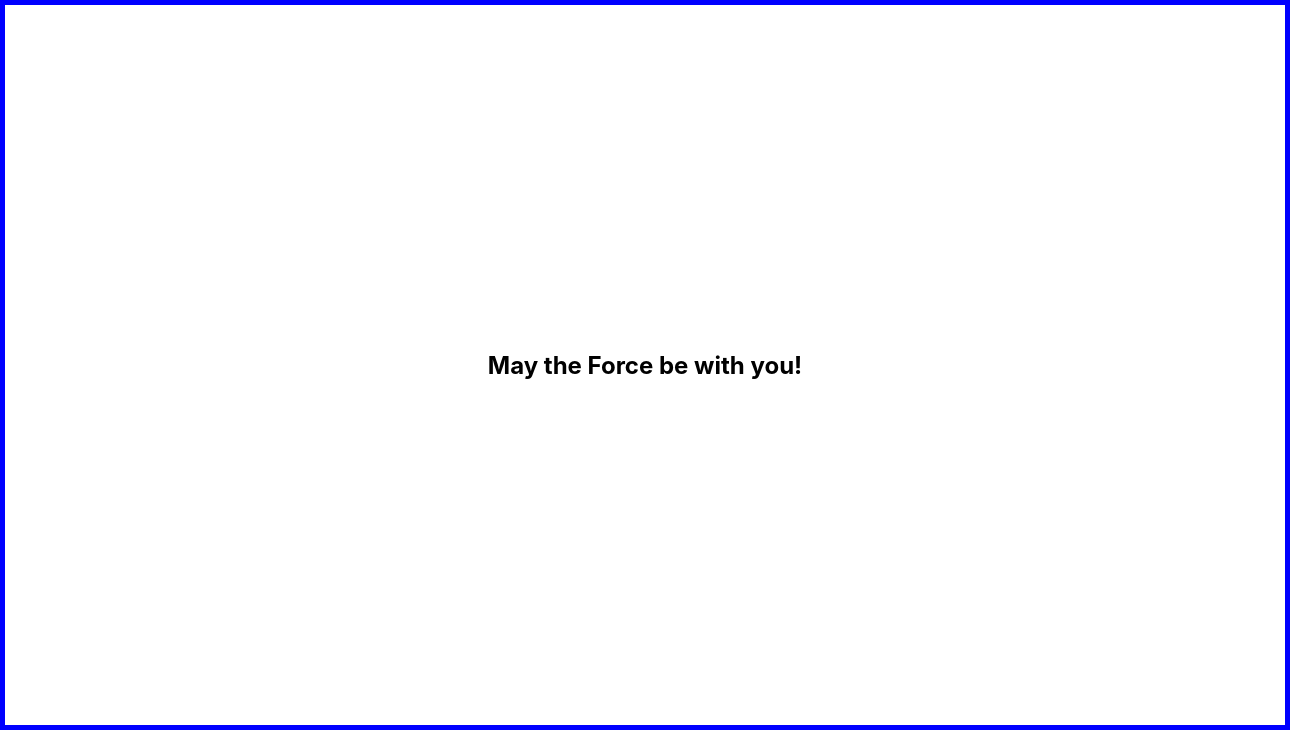
Repository: apeli23/posteranimation
Page: /
These files come from the project's save history. The page is drawn as it stood at one moment and after the next save; the edit follows.
The browser window is 1280 px wide. The page is 1290 px wide, so the pictures cover 1290 px, including what lies to the right of the window. The pictures show the whole page.
The project was rebuilt for these pictures with package versions that can differ from the ones it lists, and the page was loaded fresh each time. The framework's server and built-in components were replaced by stand-ins that run in the browser. Also part of the build but not shown: next.config.js.

Above is the page before, as saved 2022-04-26 14:35:15.

After the next save:
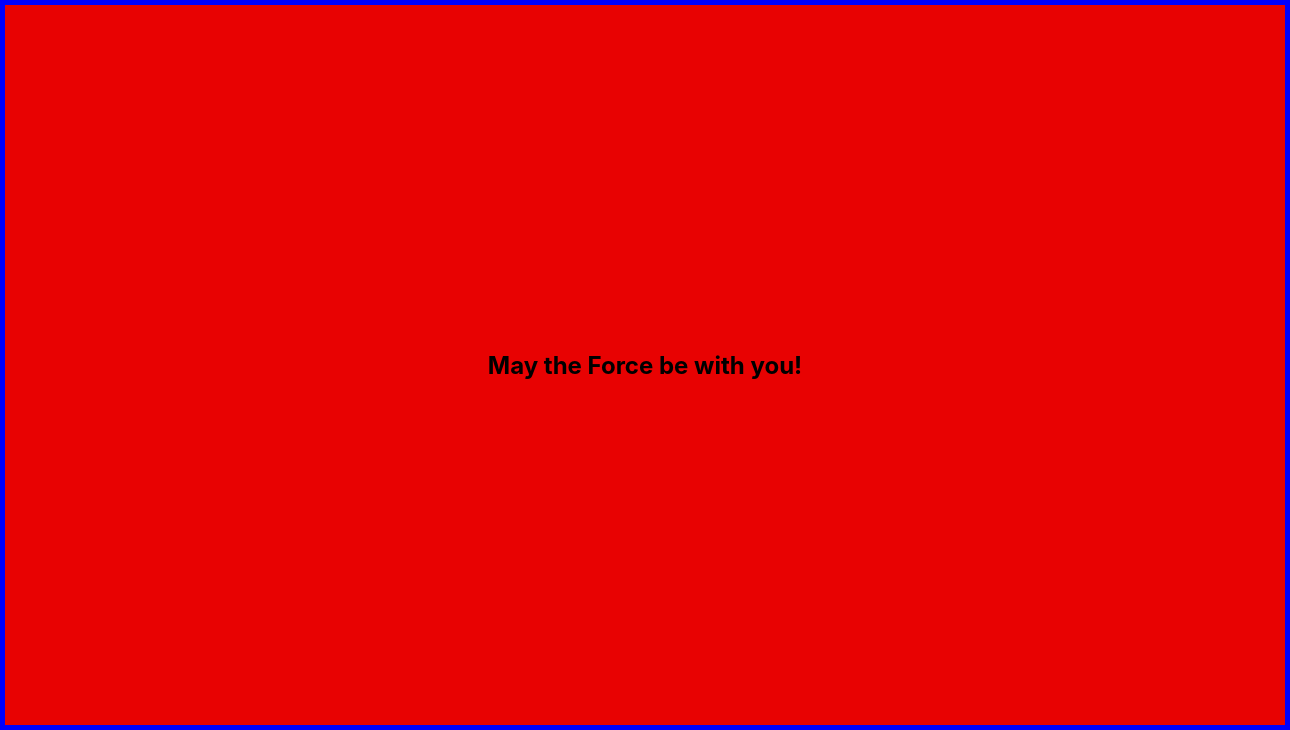
Saved 6 s later.
--- a/styles/globals.css
+++ b/styles/globals.css
@@ -1,23 +1,27 @@
-html body {
-  text-align: left;
-  object-fit: cover;
+html
+body{
+text-align: center;
+text-align: center;
+    object-fit: cover;
+    align-items: center;
   font-family: -apple-system, BlinkMacSystemFont, Segoe UI, Roboto, Oxygen,
     Ubuntu, Cantarell, Fira Sans, Droid Sans, Helvetica Neue, sans-serif;
 }
 
-* {
+*
+ {
   margin: 0;
   padding: 0;
   box-sizing: 0;
 }
-.item{
+.row{
   align-items: center;
   display: flex;
   flex-direction: row;
-  border: 3px solid rgb(0, 0, 0);
+  /* border: 3px solid rgb(0, 0, 0); */
   text-align: center;
   padding: 10px;
-  margin: 0px;
+  margin: 50px;
 }
 
 .column {
@@ -26,49 +30,53 @@
   /* border:3px solid  rgb(182, 0, 0); */
   text-align: center;
 }
-.container {
-  border: 5px solid blue;
+.container
+{
+  border:5px solid blue;
   position: absolute;
   top: 0;
   left: 50;
   width: 100%;
   height: 100vh;
   display: flex;
-  justify-content: center;
-  align-items: center;
-  background: transparent;
+  justify-content:center;
+  align-items:center;
+  background: #e80202;
   overflow: hidden
 }
 
-.heart {
+.heart
+{
   position: absolute;
   width: 40px;
   height: 40px;
-  background: transparent;
+  background: #e80202;
   transform: rotate(45deg);
-  box-shadow: 0 -20px 20px rgba(0, 0, 0, 0.1);
+  box-shadow: 0 -20px 20px rgba(0,0,0,0.1);
 }
 
-.heart::before {
+.heart::before
+{
   content: '';
   position: absolute;
   top: -50%;
   left: 0%;
   width: 100%;
   height: 100%;
-  background: transparent;
+  background: #e80202;
   border-radius: 50%;
-  box-shadow: -20px 0 20px rgba(0, 0, 0, 0.1);
+  box-shadow: -20px 0 20px rgba(0,0,0,0.1);
 }
 
-.heart::after {
+.heart::after
+{
   content: '';
   position: absolute;
   top: 0;
   left: -50%;
   width: 100%;
   height: 100%;
-  background: transparent;
+  background: #e80202;
   border-radius: 50%;
-  box-shadow: -20px 0 20px rgba(0, 0, 0, 0.1);
+  box-shadow: -20px 0 20px rgba(0,0,0,0.1);
 }
